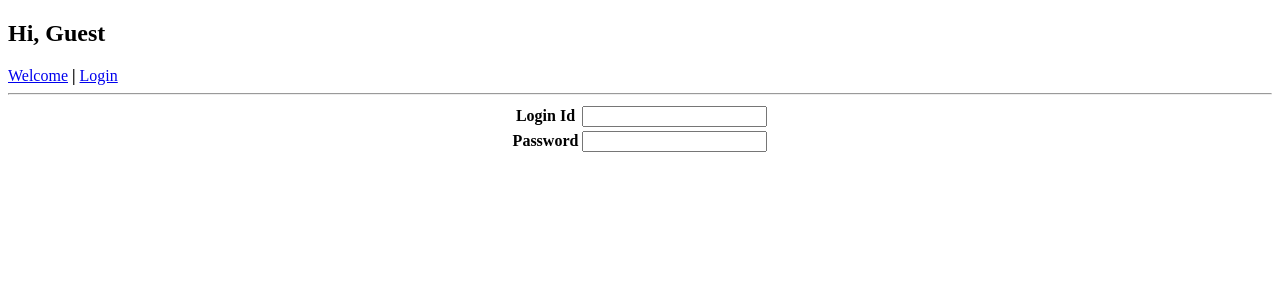
Repository: Ajay12Ajay/Advance_Java
Page: http://localhost/Advance_Web_Project/LoginView.jsp
The author's editor kept a copy of each file at every save. The page is drawn from the files as they stood at one save, then again after the next save.
The browser window is 1280 px wide. The pictures show the whole page.
The page is served by Tomcat 9. Other server files are loaded and not shown.

Above is the page before, as saved 2025-07-24 10:00:56.

### Advance_Java/Advance_Web_Project/WebContent/LoginView.jsp
<%@ page language="java" contentType="text/html; charset=UTF-8"
	pageEncoding="UTF-8"%>
<!DOCTYPE html>
<html>
<head>
<meta charset="UTF-8">
<title>Insert title here</title>
</head>
<body>
	<%@ include file="Header.jsp"%>
	<hr>
	<div align="center">
		<table>
			<tr>
				<th>Login Id</th>
				<td><input type="text" name="loginId"></td>
			</tr>

			<tr>
				<th>Password</th>
				<td><input type="text" name="password"></td>
			</tr>
		</table>
	</div>

</body>
</html>

### Advance_Java/Advance_Web_Project/WebContent/Header.jsp
<%@ page language="java" contentType="text/html; charset=UTF-8"
	pageEncoding="UTF-8"%>
<!DOCTYPE html>
<html>
<head>
<meta charset="UTF-8">
<title>Insert title here</title>
</head>
<body>

	<div>
		<h2>Hi, Guest</h2>
		<a href="LoginView.jsp">Welcome</a>
		<b>|</b>
		<a href="LoginView.jsp">Login</a>
	</div>

</body>
</html>

After the next save:
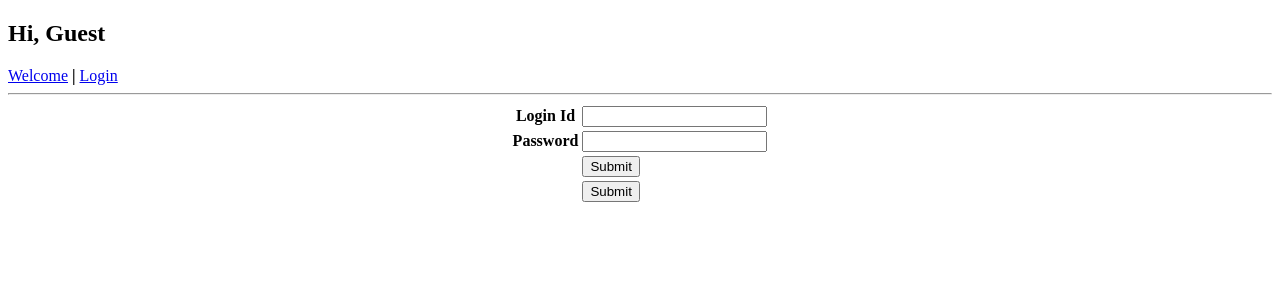
Saved 4 min 48 s later.
--- a/Advance_Java/Advance_Web_Project/WebContent/LoginView.jsp
+++ b/Advance_Java/Advance_Web_Project/WebContent/LoginView.jsp
@@ -20,6 +20,17 @@
 				<th>Password</th>
 				<td><input type="text" name="password"></td>
 			</tr>
+
+			<tr>
+				<th></th>
+				<td><input type="submit" name="signIn"></td>
+			</tr>
+			<tr>
+				<th></th>
+				<td><input type="submit" name="signUp"></td>
+			</tr>
+
+
 		</table>
 	</div>
 
